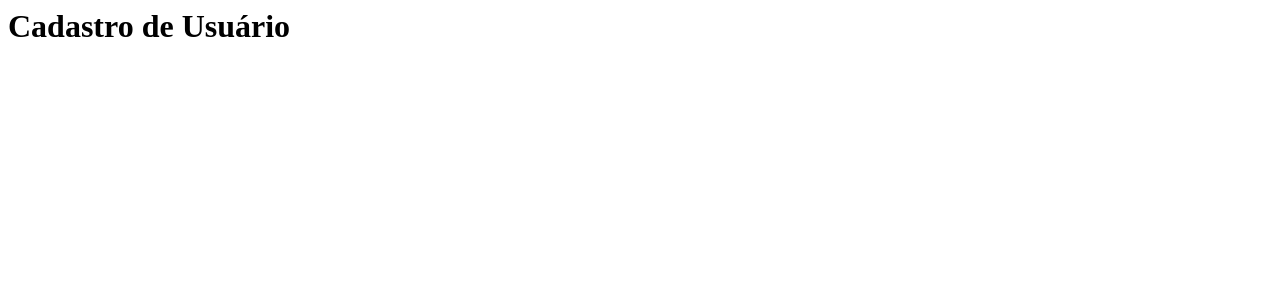
Repository: formatech2018/BRUNNO-S-FILMES
Page: sistema.filmes/src/main/webapp/resources/html/cadastro.html
These files come from the project's save history. The page is drawn as it stood at one moment and after the next save; the edit follows.
The browser window is 1280 px wide. The pictures show the whole page.

Above is the page before, as saved 2018-08-04 13:46:05.

After the next save:
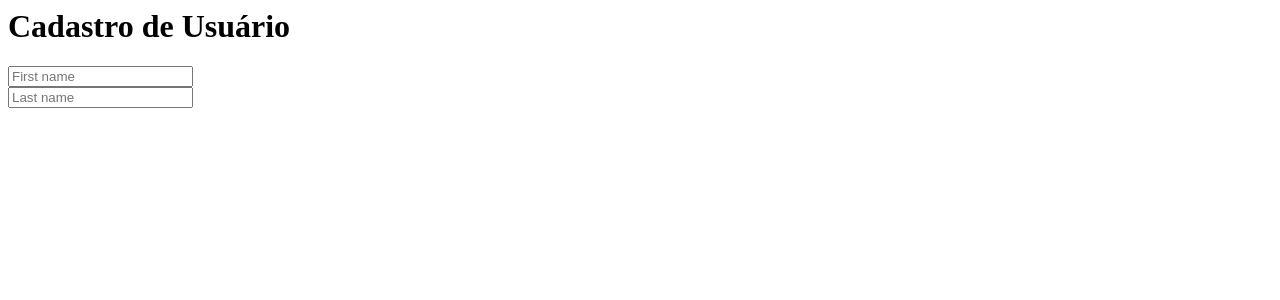
Saved 114 s later.
--- a/sistema.filmes/src/main/webapp/resources/html/cadastro.html
+++ b/sistema.filmes/src/main/webapp/resources/html/cadastro.html
@@ -1 +1,12 @@
 <h1>Cadastro de Usuário</h1>
+
+<form>
+  <div class="row">
+    <div class="col">
+      <input type="text" class="form-control" placeholder="First name">
+    </div>
+    <div class="col">
+      <input type="text" class="form-control" placeholder="Last name">
+    </div>
+  </div>
+</form>
